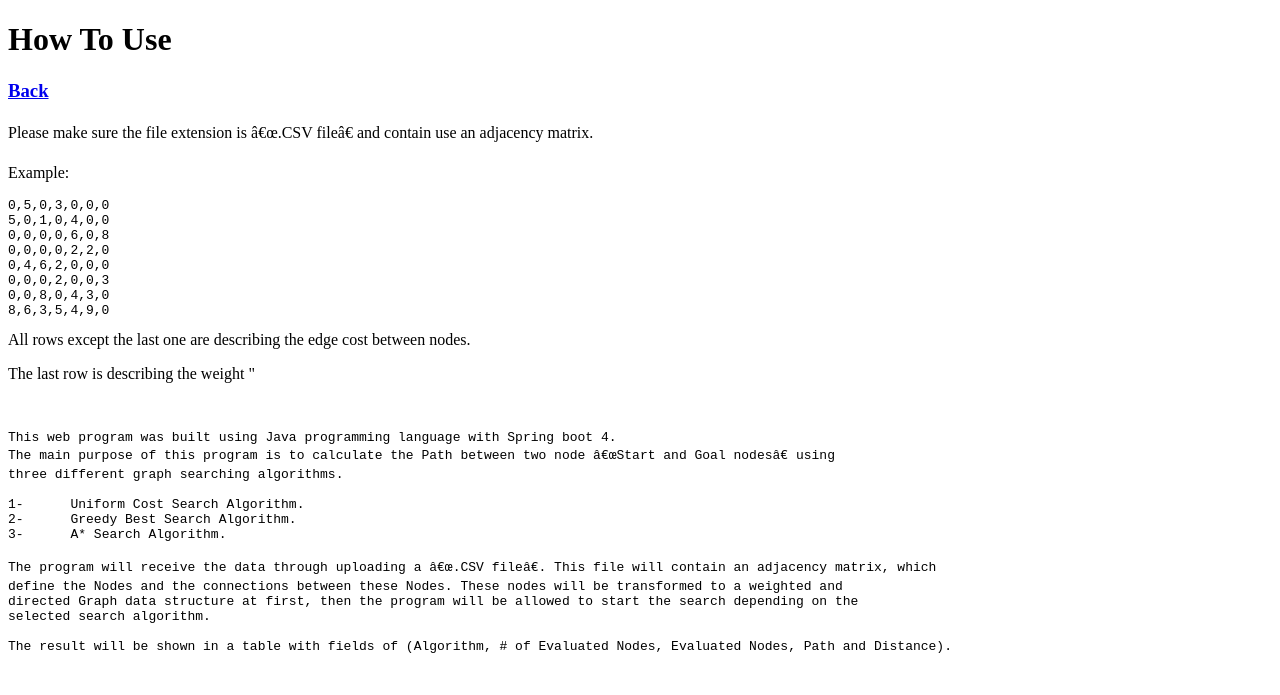
Repository: Anbousi/ITG-Task
Page: http://localhost/graphsearch/use.jsp
The author's editor kept a copy of each file at every save. The page is drawn from the files as they stood at one save, then again after the next save.
The browser window is 1280 px wide. The pictures show the whole page.
The page is served by Tomcat 9. Other server files are loaded and not shown.

Above is the page before, as saved 2021-12-31 12:26:10.

### ITG/graphsearch/src/main/webapp/use.jsp
<%@ page language="java" contentType="text/html; charset=ISO-8859-1"
    pageEncoding="ISO-8859-1"%>
<!DOCTYPE html>
<html>
<head>
<meta charset="ISO-8859-1">
<title>Insert title here</title>
</head>
<body>
<div>
<h1>How To Use</h1>
<h3><a href="/">Back</a></h3>
<p>Please make sure the file extension is “.CSV file” and contain  use an adjacency matrix.</p>
<p>Example:</p>
<pre>
0,5,0,3,0,0,0
5,0,1,0,4,0,0
0,0,0,0,6,0,8
0,0,0,0,2,2,0
0,4,6,2,0,0,0
0,0,0,2,0,0,3
0,0,8,0,4,3,0
8,6,3,5,4,9,0
</pre>
All rows except the last one are describing the edge cost between nodes.
<p>The last row is describing the weight "</p>
<br>
<pre>This web program was built using Java programming language with Spring boot 4.
The main purpose of this program is to calculate the Path between two node “Start and Goal nodes” using
three different graph searching algorithms.

1-	Uniform Cost Search Algorithm.
2-	Greedy Best Search Algorithm.
3-	A* Search Algorithm.

The program will receive the data through uploading a “.CSV file”. This file will contain an adjacency matrix, which
define the Nodes and the connections between these Nodes. These nodes will be transformed to a weighted and
directed Graph data structure at first, then the program will be allowed to start the search depending on the
selected search algorithm.

The result will be shown in a table with fields of (Algorithm, # of Evaluated Nodes, Evaluated Nodes, Path and Distance).
 </pre>
</div>
</body>
</html>

After the next save:
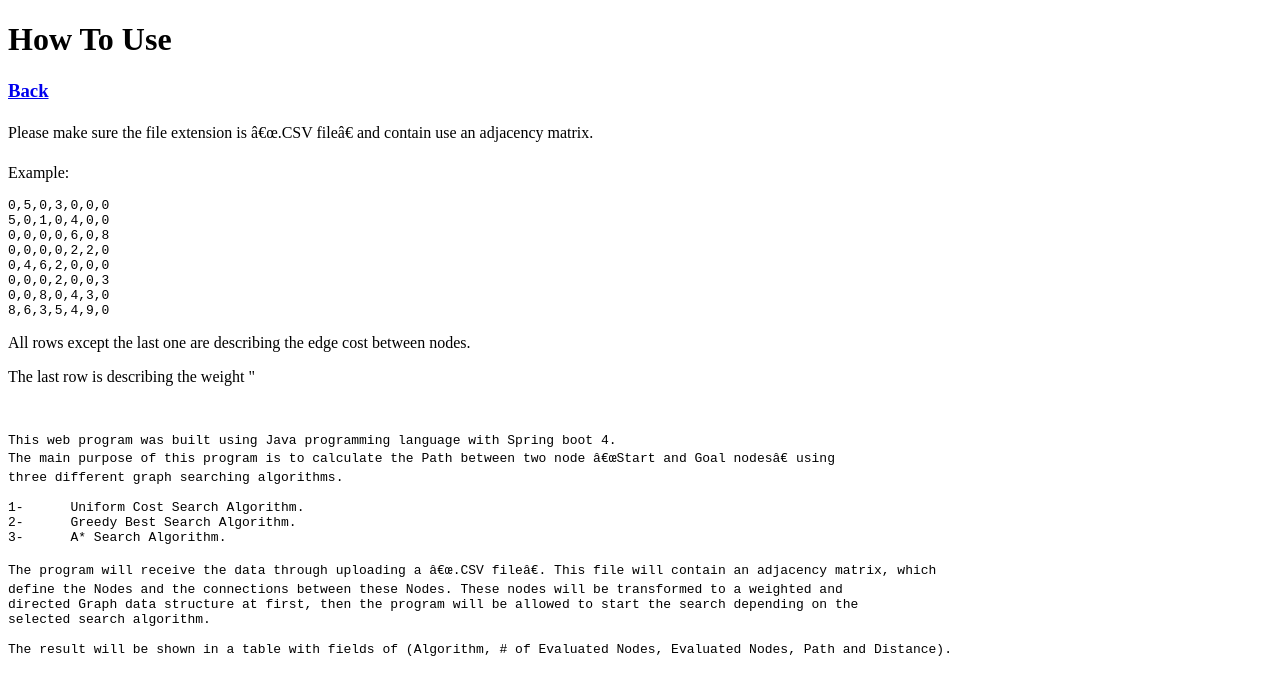
Saved 19 s later.
--- a/ITG/graphsearch/src/main/webapp/use.jsp
+++ b/ITG/graphsearch/src/main/webapp/use.jsp
@@ -22,7 +22,7 @@
 0,0,8,0,4,3,0
 8,6,3,5,4,9,0
 </pre>
-All rows except the last one are describing the edge cost between nodes.
+<p>All rows except the last one are describing the edge cost between nodes.</p>
 <p>The last row is describing the weight "</p>
 <br>
 <pre>This web program was built using Java programming language with Spring boot 4.
